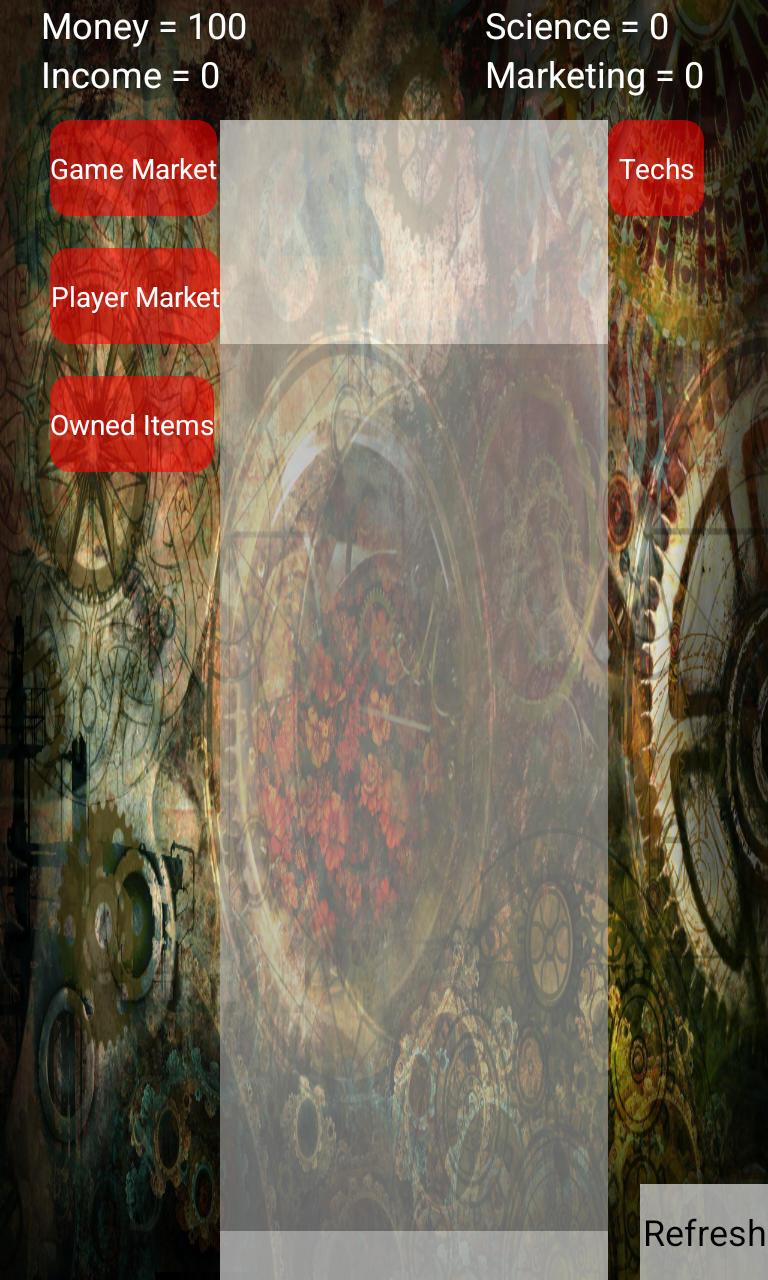
Repository: jkrepps/CSCE-482
Layout: Mobile Client (eclipse)/Industry of Deciet/res/layout/activity_hudscreen.xml
These files come from the project's save history. The layout is drawn as it stood at one moment and after the next save; the edit follows.
It is drawn on a 768 x 1280 px phone screen (xhdpi) without system bars, with theme AppTheme; the app's code is not run.

Above is the layout before, as saved 2014-12-04 07:37:45.

### Mobile Client (eclipse)/Industry of Deciet/res/layout/activity_hudscreen.xml
<?xml version="1.0" encoding="utf-8"?>
<LinearLayout xmlns:android="http://schemas.android.com/apk/res/android"
    android:layout_width="match_parent"
    android:layout_height="match_parent"
    android:orientation="vertical"
    android:background="@drawable/login_background">

   <RelativeLayout
        android:layout_width="match_parent"
        android:layout_height="match_parent" >

        <Button
            android:id="@+id/button1"
            style="?android:attr/buttonStyleSmall"
            android:layout_width="wrap_content"
            android:layout_height="wrap_content"
            android:layout_alignParentLeft="true"
            android:layout_alignParentTop="true"
            android:layout_marginLeft="25dp"
            android:layout_marginTop="60dp"
            android:background="@drawable/roundedbutton"
            android:text="Game Market"
            android:textColor="#FFFFFF" />

        <Button
            android:id="@+id/button2"
            style="?android:attr/buttonStyleSmall"
            android:layout_width="wrap_content"
            android:layout_height="wrap_content"
            android:layout_alignLeft="@+id/button1"
            android:layout_below="@+id/button1"
            android:layout_marginTop="16dp"
            android:background="@drawable/roundedbutton"
            android:text="Player Market"
            android:textColor="#FFFFFF" />

        <Button
            android:id="@+id/button3"
            style="?android:attr/buttonStyleSmall"
            android:layout_width="wrap_content"
            android:layout_height="wrap_content"
            android:layout_alignParentRight="true"
            android:layout_alignTop="@+id/button1"
            android:layout_marginRight="32dp"
            android:background="@drawable/roundedbutton"
            android:text="Techs"
            android:textColor="#FFFFFF" />

        <ScrollView
            android:id="@+id/scrollView1"
			android:background="#99FFFFFF"
            android:layout_width="wrap_content"
            android:layout_height="wrap_content"
            android:layout_alignBottom="@+id/button2"
            android:layout_alignTop="@+id/button1"
            android:layout_toLeftOf="@+id/button3"
            android:layout_toRightOf="@+id/button2"
            android:ems="10" >

            <TextView
                android:id="@+id/editText1"
                android:layout_width="match_parent"
                android:layout_height="match_parent"
                android:inputType="textMultiLine" />

        </ScrollView>
		<ScrollView
            android:id="@+id/scrollView2"
			android:background="#99AAAAAA"
            android:layout_width="wrap_content"
            android:layout_height="wrap_content"
            android:layout_above="@+id/editText3"
            android:layout_alignLeft="@+id/scrollView1"
            android:layout_alignRight="@+id/scrollView1"
            android:layout_below="@+id/scrollView1" >

            <TextView
                android:id="@+id/editText2"
                android:layout_width="match_parent"
                android:layout_height="match_parent"
                android:inputType="textMultiLine" />
        </ScrollView>
        <EditText
            android:id="@+id/editText3"
			android:background="#99FFFFFF"
            android:layout_width="wrap_content"
            android:layout_height="wrap_content"
            android:layout_alignLeft="@+id/scrollView2"
            android:layout_alignParentBottom="true"
            android:layout_alignRight="@+id/scrollView2"
            android:ems="10" >


        </EditText>

        <Button
            android:id="@+id/button4"
			android:background="#99FFFFFF"
            android:layout_width="wrap_content"
            android:layout_height="wrap_content"
            android:layout_alignParentBottom="true"
            android:layout_alignParentRight="true"
            android:text="Refresh" />

        <Button
            android:id="@+id/button5"
            style="?android:attr/buttonStyleSmall"
            android:layout_width="wrap_content"
            android:layout_height="wrap_content"
            android:layout_alignLeft="@+id/button2"
            android:layout_alignTop="@+id/scrollView2"
            android:layout_marginTop="16dp"
            android:background="@drawable/roundedbutton"
            android:text="Owned Items"
            android:textColor="#FFFFFF" />

        <TextView
            android:id="@+id/textView2"
            android:layout_width="wrap_content"
            android:layout_height="wrap_content"
            android:layout_alignLeft="@+id/textView3"
            android:layout_alignParentTop="true"
            android:background="#00000000"
            android:text="Science = 0"
            android:textAppearance="?android:attr/textAppearanceMedium"
            android:textColor="#ffffff" />

        <TextView
            android:id="@+id/textView1"
            android:layout_width="wrap_content"
            android:layout_height="wrap_content"
            android:layout_alignLeft="@+id/textView4"
            android:layout_alignParentTop="true"
            android:background="#00000000"
            android:text="Money = 100"
            android:textAppearance="?android:attr/textAppearanceMedium"
            android:textColor="#FFFFFF" />

        <TextView
            android:id="@+id/textView4"
            android:layout_width="wrap_content"
            android:layout_height="wrap_content"
            android:layout_alignRight="@+id/button2"
            android:layout_below="@+id/textView1"
            android:background="#00000000"
            android:text="Income = 0"
            android:textAppearance="?android:attr/textAppearanceMedium"
            android:textColor="#FFFFFF" />

        <TextView
            android:id="@+id/textView3"
            android:layout_width="wrap_content"
            android:layout_height="wrap_content"
            android:layout_alignRight="@+id/button3"
            android:layout_below="@+id/textView2"
            android:background="#00000000"
            android:text="Marketing = 0"
            android:textAppearance="?android:attr/textAppearanceMedium"
            android:textColor="#FFFFFF" />

    </RelativeLayout>

</LinearLayout>

### Mobile Client (eclipse)/Industry of Deciet/res/drawable-hdpi/roundedbutton.xml
<?xml version="1.0" encoding="UTF-8"?>
 <shape xmlns:android="http://schemas.android.com/apk/res/android"
  android:shape="rectangle" android:padding="10dp">
 <solid android:color="#90FF0000"/> <!-- this one is ths color of the Rounded Button -->
  <corners
   android:bottomRightRadius="10dp"
   android:bottomLeftRadius="10dp"
   android:topLeftRadius="10dp"
   android:topRightRadius="10dp"/>
</shape>

### Mobile Client (eclipse)/Industry of Deciet/res/drawable-hdpi/roundededittext.xml
<?xml version="1.0" encoding="utf-8"?>
<!--  res/drawable/rounded_edittext.xml -->
<shape xmlns:android="http://schemas.android.com/apk/res/android"
android:shape="rectangle" android:padding="10dp">
 <solid android:color="#90676767"/>
    <corners
     android:bottomRightRadius="15dp"
     android:bottomLeftRadius="15dp"
  android:topLeftRadius="15dp"
  android:topRightRadius="15dp"/>
</shape>

Loaded but not shown: Mobile Client (eclipse)/Industry of Deciet/res/values/styles.xml (common file); Mobile Client (eclipse)/Industry of Deciet/res/values-v11/styles.xml (common file); Mobile Client (eclipse)/Industry of Deciet/res/values-v14/styles.xml (common file)

After the next save:
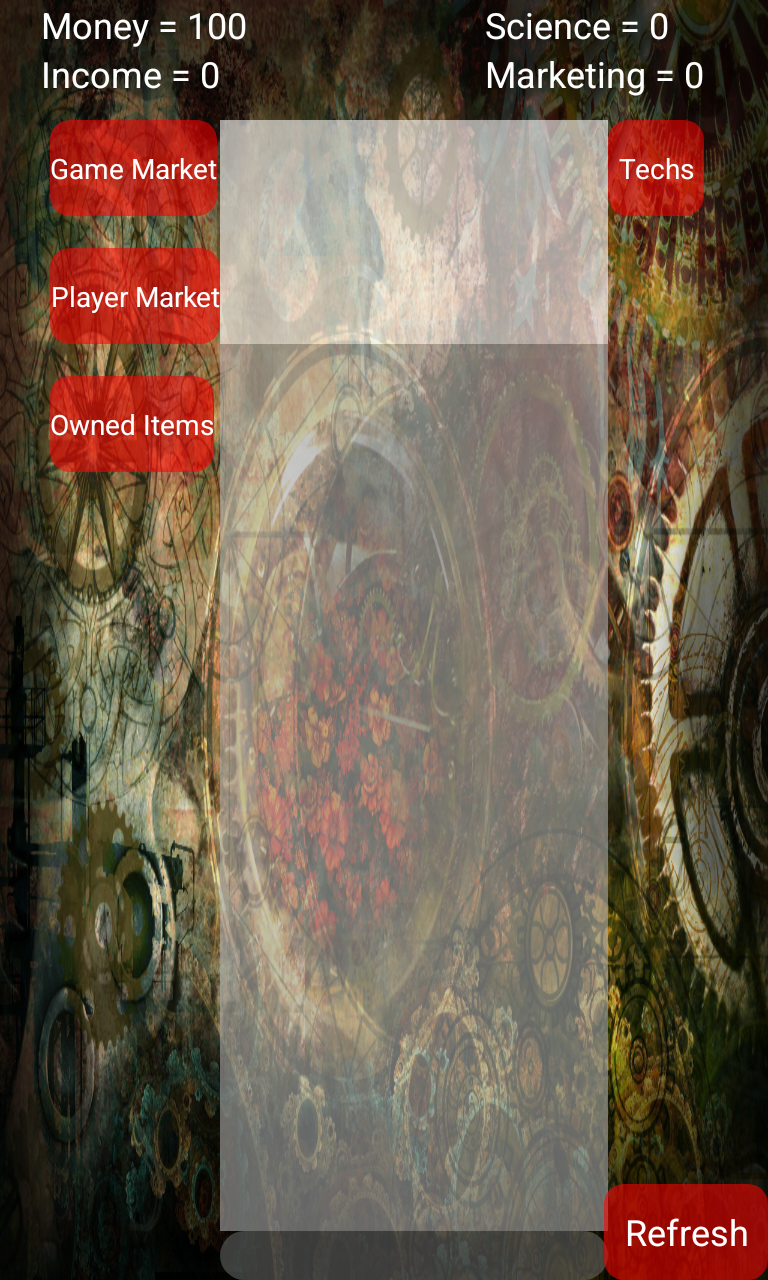
Saved 3 min 14 s later.
--- a/Mobile Client (eclipse)/Industry of Deciet/res/layout/activity_hudscreen.xml
+++ b/Mobile Client (eclipse)/Industry of Deciet/res/layout/activity_hudscreen.xml
@@ -80,27 +80,32 @@
                 android:layout_height="match_parent"
                 android:inputType="textMultiLine" />
         </ScrollView>
+
         <EditText
             android:id="@+id/editText3"
-			android:background="#99FFFFFF"
             android:layout_width="wrap_content"
             android:layout_height="wrap_content"
             android:layout_alignLeft="@+id/scrollView2"
             android:layout_alignParentBottom="true"
             android:layout_alignRight="@+id/scrollView2"
-            android:ems="10" >
-
+            android:background="@drawable/roundededittext"
+            android:ems="10"
+            android:paddingLeft="10dp"
+            android:textColor="#FFFFFF" >
 
         </EditText>
 
         <Button
             android:id="@+id/button4"
-			android:background="#99FFFFFF"
             android:layout_width="wrap_content"
             android:layout_height="wrap_content"
             android:layout_alignParentBottom="true"
             android:layout_alignParentRight="true"
-            android:text="Refresh" />
+            android:background="@drawable/roundedbutton"
+            android:paddingLeft="10dp"
+            android:paddingRight="10dp"
+            android:text="Refresh"
+            android:textColor="#FFFFFF" />
 
         <Button
             android:id="@+id/button5"
